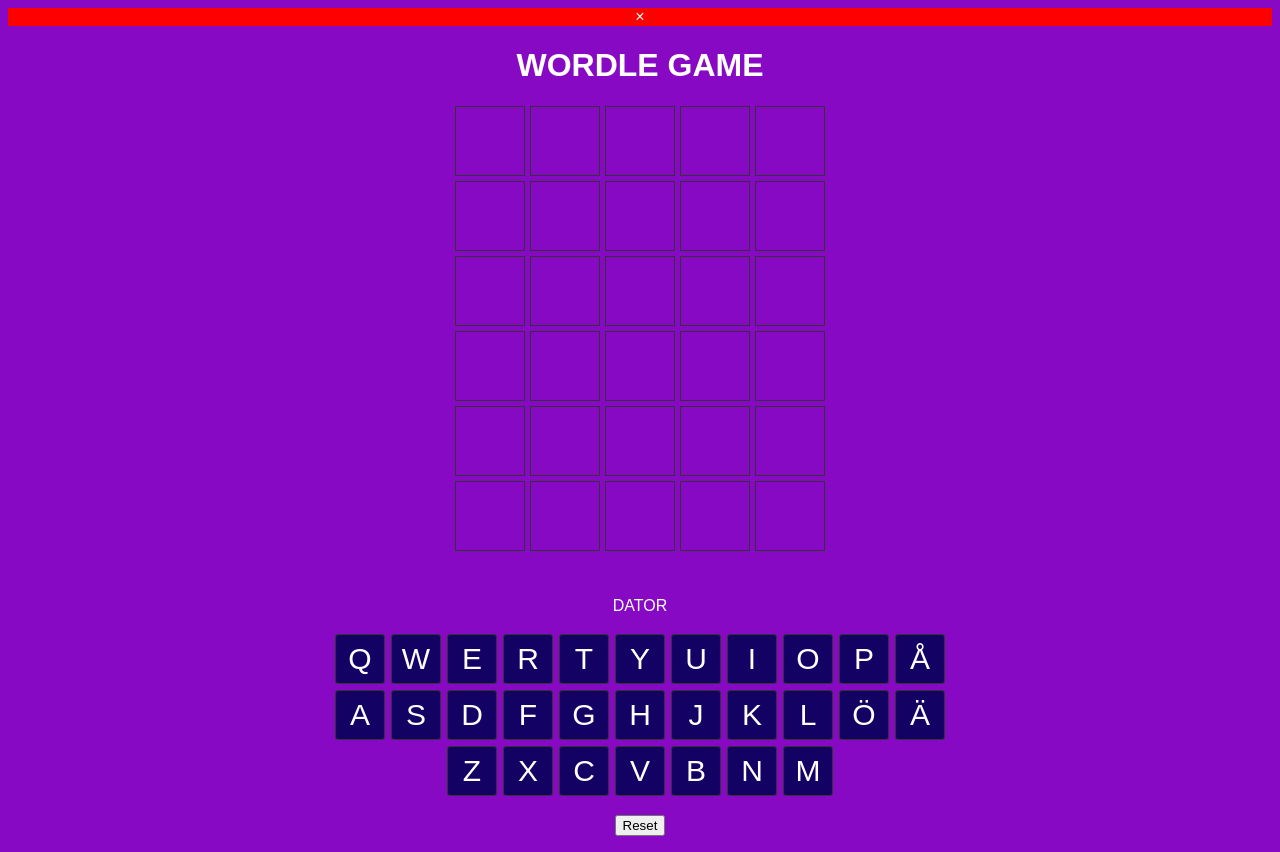
Repository: KarimIsaac/WorldeGame
Page: index.html
The author's editor kept a copy of each file at every save. The page is drawn from the files as they stood at one save, then again after the next save.
The browser window is 1280 px wide. The pictures show the whole page.

Above is the page before, as saved 2022-03-13 07:39:14.

### index.html
<!DOCTYPE html>
<html lang="en">
<head>
    <meta charset="UTF-8">
    <meta http-equiv="X-UA-Compatible" content="IE=edge">
    <meta name="viewport" content="width=device-width, initial-scale=1.0">
    <title>Worlde Game</title>
    <link rel="stylesheet" href="style.css">
</head>
<body>
    <div class="alert">
        <span class="closebtn" onclick="this.parentElement.style.display='none';">&times;</span>

      </div>
    <h1>Wordle Game</h1>
    <div id="grid"></div>
    <p id="answer"></p>
    <div id="keyboard"></div>

    <p>
      <button onClick="init()">Reset</button>
      </o>

      <script src="script.js"></script>
</body>
</html>

### style.css
html,
body {
  text-align: center;
  background: rgb(136, 9, 196);
  color: white;
  text-transform: uppercase;
  font-family: sans-serif;
}

#grid {
  display: inline-grid;
  grid-template-rows: repeat(6, 70px);
  grid-template-columns: repeat(5, 70px);
  gap: 5px;
  margin-bottom: 30px;
}

#grid div {
  border: 1px solid #333;
  display: flex;
  align-items: center;
  justify-content: center;
  font-size: 40px;
}

#keyboard button {
  appearance: none;
  border: 1px solid #333;
  background: rgb(19, 1, 100);
  color: rgb(255, 255, 255);
  font-size: 30px;
  display: inline-block;
  width: 50px;
  height: 50px;
  line-height: 1;
  margin: 3px;
  text-transform: uppercase;
  border-radius: 3px;
}

.alert{
background-color: red;

}

### script.js
const grid = document.getElementById("grid");
const keyboard = document.getElementById("keyboard");

let answer = "";

const words = [
, "spela"
, "äpple"
, "hoppa"
, "dansa"
, "dator"
, "cykla"
, "skola"
, "TRÄNA"
];

let attempts = [];
let currentAttempt = "";

function drawGrid() {
  grid.innerHTML = "";

  for (i = 0; i < 6; i++) {
    for (j = 0; j < 5; j++) {
      const cell = document.createElement("div");
      grid.appendChild(cell);
    }
  }
}

function drawKeyboard() {
  keyboard.innerHTML = "";

  renderKeyboardRow("qwertyuiopå");
  renderKeyboardRow("asdfghjklöä");
  renderKeyboardRow("zxcvbnm");
}

function renderKeyboardRow(chars) {
  const row = document.createElement("div");

  for (const c of chars) {
    const key = document.createElement("button");
    key.textContent = c;
    key.onclick = () => playLetter(c);

    row.appendChild(key);
  }

  keyboard.appendChild(row);
}

function renderAttempts() {
  for (i = 0; i < attempts.length; i++) {
    const attempt = attempts[i];

    for (j = 0; j < 5; j++) {
      const letter = attempt[j];

      cell = grid.children[i * 5 + j];
      cell.textContent = letter;

      if (letter === answer[j]) {
        cell.style.backgroundColor = "green";
      } else if (answer.includes(letter)) {
        cell.style.backgroundColor = "#bfbf2e";
      } else {
        cell.style.backgroundColor = "#000";
      }
    }
  }
}

function renderCurrentAttempt() {
  for (i = 0; i < 5; i++) {
    const letter = currentAttempt[i] || "";

    cell = grid.children[attempts.length * 5 + i];
    cell.textContent = letter;
  }
}

function playLetter(letter) {
  currentAttempt = currentAttempt + letter;

  renderCurrentAttempt();
}

function handleInput(e) {
  const key = e.key.toLowerCase();

  if (key === "enter" && currentAttempt.length === 5) {
    attempts.push(currentAttempt);
    currentAttempt = "";

    renderAttempts();
  }

  if (key === "backspace" && currentAttempt.length) {
    const letters = currentAttempt.split("");
    letters.pop();
    currentAttempt = letters.join("");

    renderCurrentAttempt();
  }

  if (/^[a-z]$/.test(key) && currentAttempt.length < 5) {
    playLetter(key);
  }
}

function init() {
  attempts = [];
  currentAttempt = "";

  answer = words[Math.floor(Math.random() * words.length)];

  document.getElementById("answer").textContent = answer;

  drawGrid();
  drawKeyboard();

  renderAttempts();
  renderCurrentAttempt();

  document.removeEventListener("keydown", handleInput);
  document.addEventListener("keydown", handleInput);
}

init();

After the next save:
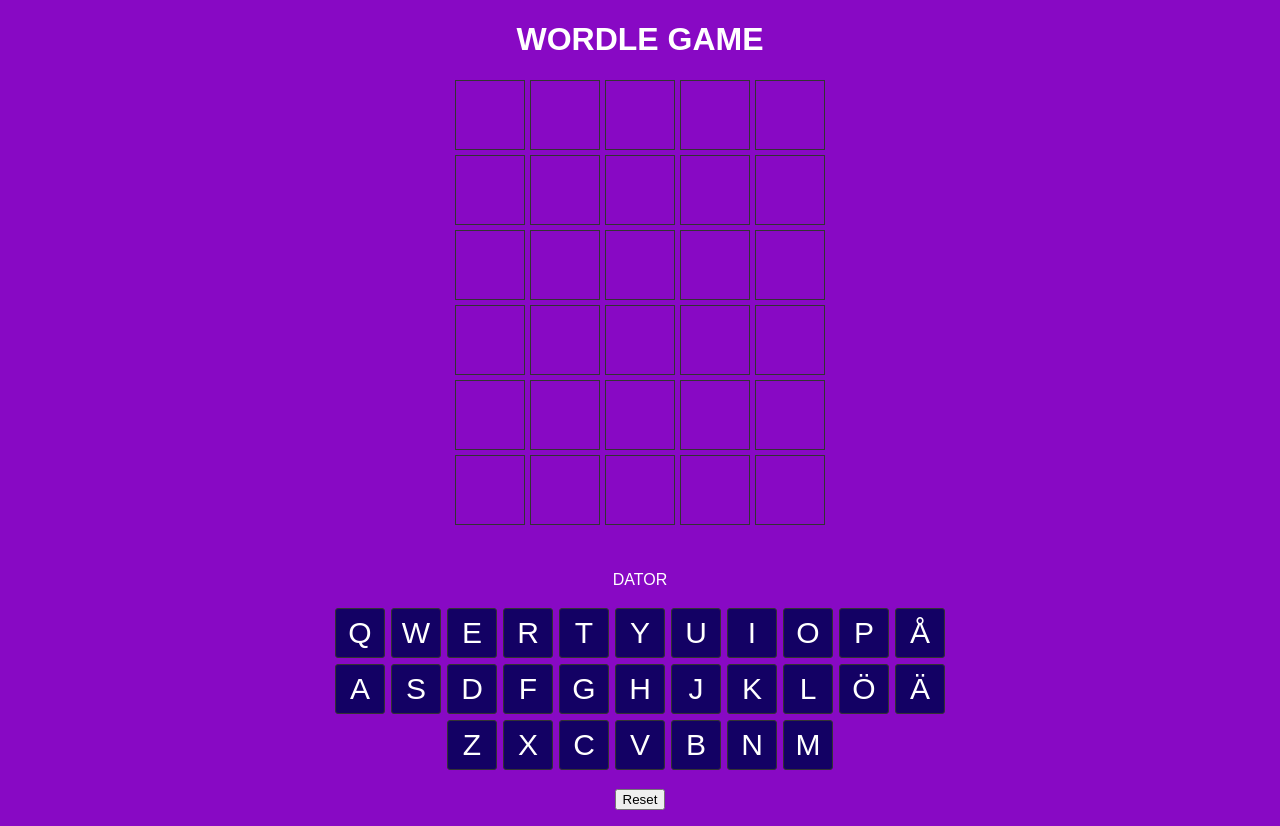
Saved 39 s later.
--- a/index.html
+++ b/index.html
@@ -8,10 +8,7 @@
     <link rel="stylesheet" href="style.css">
 </head>
 <body>
-    <div class="alert">
-        <span class="closebtn" onclick="this.parentElement.style.display='none';">&times;</span>
 
-      </div>
     <h1>Wordle Game</h1>
     <div id="grid"></div>
     <p id="answer"></p>
